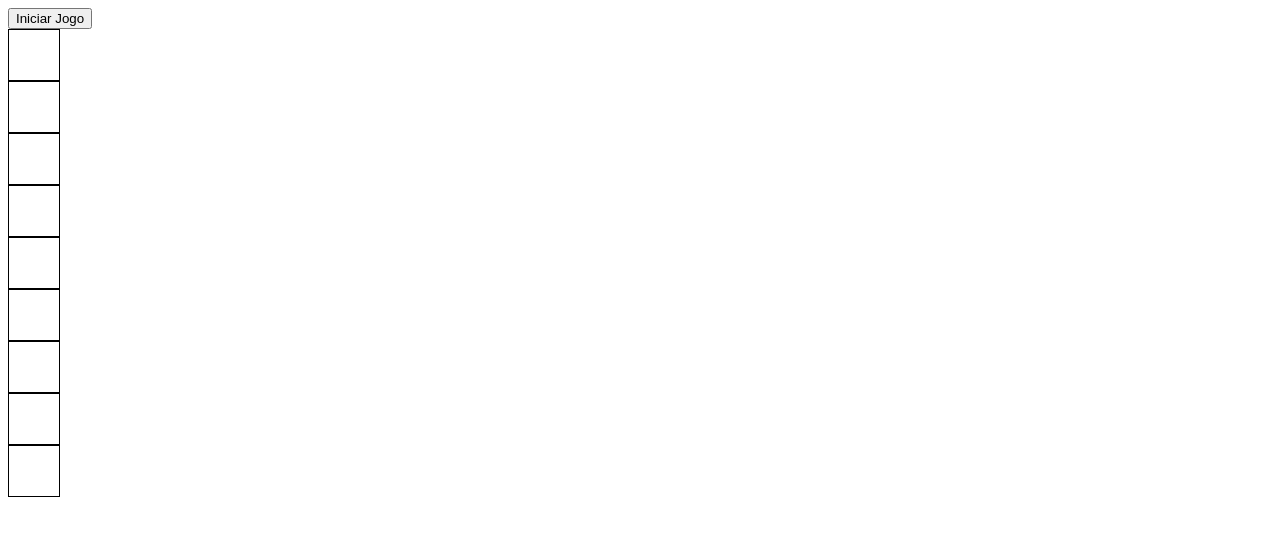
Repository: ErickBalbino/jogo-da-velha
Page: index.html
An editor plug-in stored every save of this project. The page is shown before and after the next save, followed by the edit.
The browser window is 1280 px wide. The pictures show the whole page.

Above is the page before, as saved 2021-08-02 14:01:18.

### index.html
<!DOCTYPE html>
<html lang="pt-br">
<head>
    <meta charset="UTF-8">
    <meta http-equiv="X-UA-Compatible" content="IE=edge">
    <meta name="viewport" content="width=device-width, initial-scale=1.0">
    <title>Jogo da velha</title>

    <style>
        #dvJogo{
            display: grid;
            grid
        }
        .posJogo{
            width: 50px;
            height: 50px;
            margin: 0;
            padding: 0;
            border: 1px solid #000;
            border-collapse: collapse;
        }
    </style>
</head>
<body>
    <div id="dvMenu">
        <div id="dvStartGame"></div>
        <button onclick="startGame()">Iniciar Jogo</button>
    </div>
    <div id="dvJogo">
        <div id="p1" class="posJogo" onclick=""></div>
        <div id="p2" class="posJogo" onclick=""></div>
        <div id="p3" class="posJogo" onclick=""></div>
        <div id="p4" class="posJogo" onclick=""></div>
        <div id="p5" class="posJogo" onclick=""></div>
        <div id="p6" class="posJogo" onclick=""></div>
        <div id="p7" class="posJogo" onclick=""></div>
        <div id="p8" class="posJogo" onclick=""></div>
        <div id="p9" class="posJogo" onclick=""></div>
    </div>
</body>
</html>

After the next save:
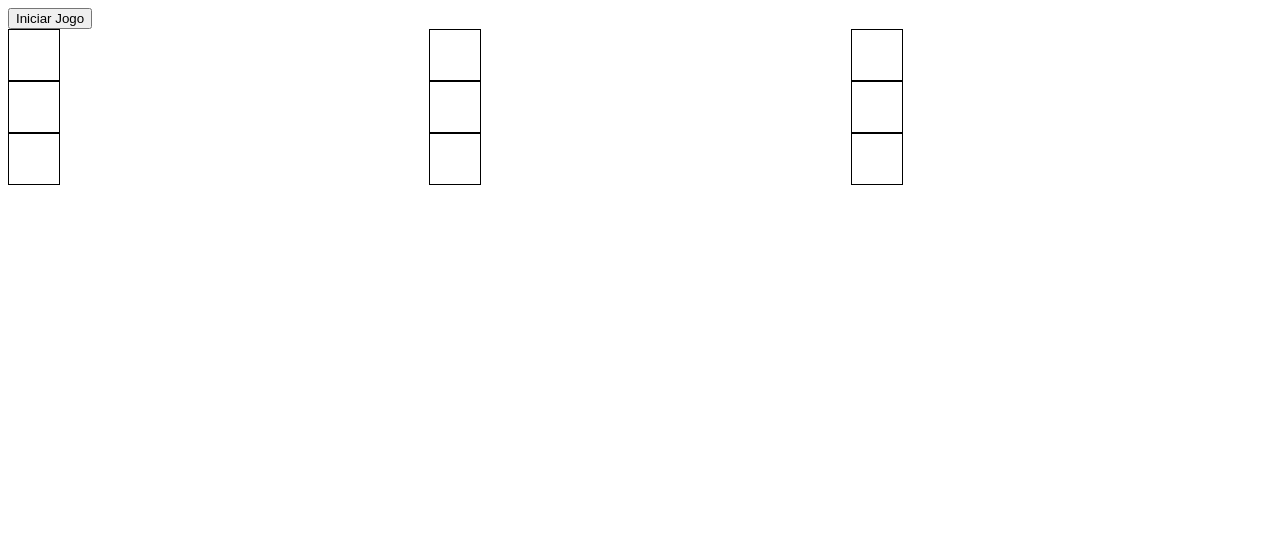
Saved 41 s later.
--- a/index.html
+++ b/index.html
@@ -9,7 +9,7 @@
     <style>
         #dvJogo{
             display: grid;
-            grid
+            grid-template-columns: repeat(3, 1fr);
         }
         .posJogo{
             width: 50px;

After the 6 saves that followed:
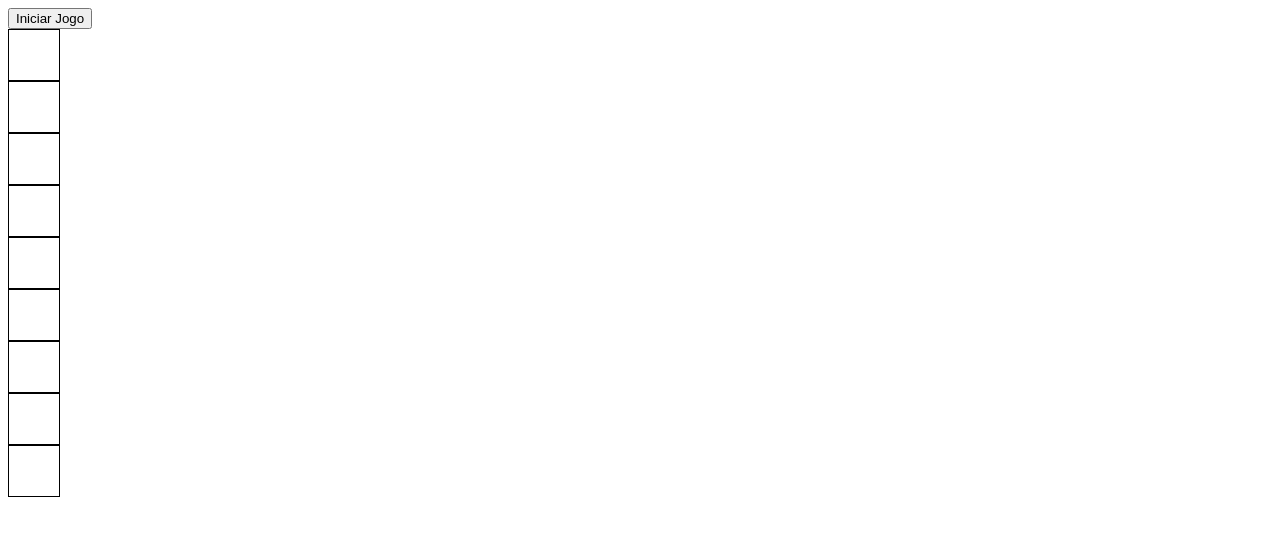
The 6 saves are shown as one change because 4 left the picture as it was and some came seconds apart.
The last was saved 109 s later.
--- a/index.html
+++ b/index.html
@@ -5,12 +5,7 @@
     <meta http-equiv="X-UA-Compatible" content="IE=edge">
     <meta name="viewport" content="width=device-width, initial-scale=1.0">
     <title>Jogo da velha</title>
-
     <style>
-        #dvJogo{
-            display: grid;
-            grid-template-columns: repeat(3, 1fr);
-        }
         .posJogo{
             width: 50px;
             height: 50px;
